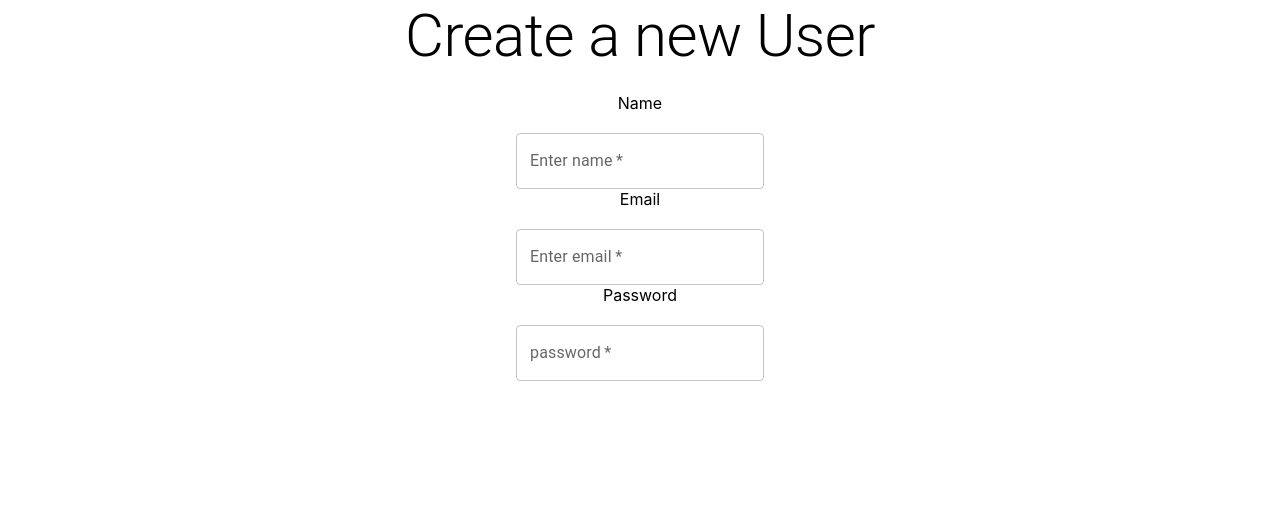
Repository: nj10deadend/RESTAPI-node-with-mongoDB
Page: / (app in client/frontend/)
An editor plug-in stored every save of this project. The page is shown before and after the next save, followed by the edit.
The browser window is 1280 px wide. The pictures show the whole page.
The project was rebuilt for these pictures with package versions that can differ from the ones it lists, and the page was loaded fresh each time. Imported but missing from the stored project, and not drawn on this page: client/frontend/src/axios.

Above is the page before, as saved 2021-12-31 12:47:27.

### client/frontend/src/App.js
import './App.css';
import { BrowserRouter } from 'react-router-dom';
import { Routes, Route } from 'react-router-dom';
import axios from './axios';
import Signup from './components/Signup';

function App() {
  return (
    <div className="App">
      <BrowserRouter>
        <Routes>
          <Route path="*" element={<Signup />} />
        </Routes>

      </BrowserRouter>
    </div>
  );
}

export default App;

### client/frontend/src/components/Signup.js
import {useState} from 'react';
import Button from '@mui/material/Button';
import SendIcon from '@mui/icons-material/Send';
import TextField from '@mui/material/TextField';
import Typography from '@mui/material/Typography';
import Box from '@mui/material/Box';

function Signup () {

    const [name, setName] = useState("");
    const [email, setEmail] = useState("");
    const [password, setPassword] = useState("");
    const [adminEmail, setAdminEmail] = useState(false);

    return (
        <Box>
            <Typography variant="h2" component="h2" gutterBottom>Create a new User</Typography>
            <form>
                <Box>
                    <label for="name">Name</label>
                    <br></br>
                    <br></br>
                    <TextField required id="outlined-basic1" label="Enter name"
                    variant="outlined"
                    onChange={(event) => {setName(event.target.value)}}
                    value = {name}
                    />

                </Box>
                <Box>
                    <label for="email">Email</label>
                    <br></br>
                    <br></br>
                    <TextField required id="outlined-basic2" label="Enter email"
                    variant="outlined"
                    onChange={(event) => {setEmail(event.target.value)}}
                    value = {email}
                    />

                </Box>
                <Box>
                    <label for="password">Password</label>
                    <br></br>
                    <br></br>
                    <TextField required id="outlined-password-input" label="password" type="password"
                    variant="outlined"
                    onChange={(event) => {setPassword(event.target.value)}}
                    value = {password}
                    />
                </Box>

            </form>

        </Box>
    )
}

export default Signup;

Loaded but not shown: client/frontend/public/index.html (common file); client/frontend/src/index.js (common file); client/frontend/src/index.css (common file); client/frontend/src/reportWebVitals.js (common file); client/frontend/src/App.css (common file)

After the next save:
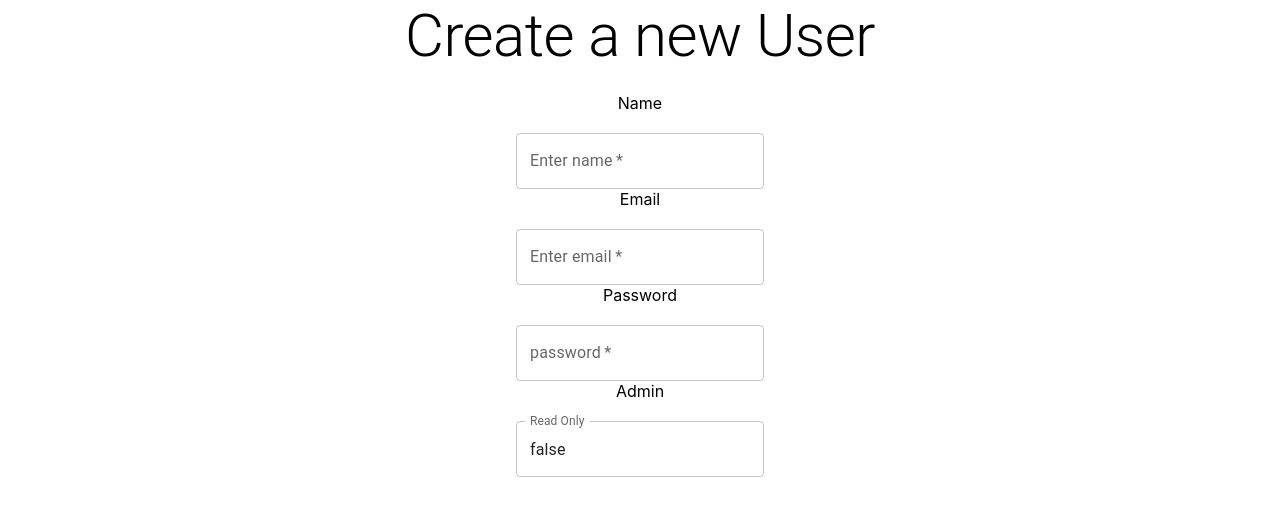
Saved 3 min 14 s later.
--- a/client/frontend/src/components/Signup.js
+++ b/client/frontend/src/components/Signup.js
@@ -49,6 +49,20 @@ function Signup () {
                     />
                 </Box>
 
+                <Box>
+                    <label for="admin">Admin</label>
+                    <br></br>
+                    <br></br>
+                    <TextField id="outlined-read-only-input" label="Read Only"
+                    defaultValue="false"
+                    InputProps={{
+                      readOnly: true,
+                    }}
+
+                    />
+                </Box>
+
+
             </form>
 
         </Box>
